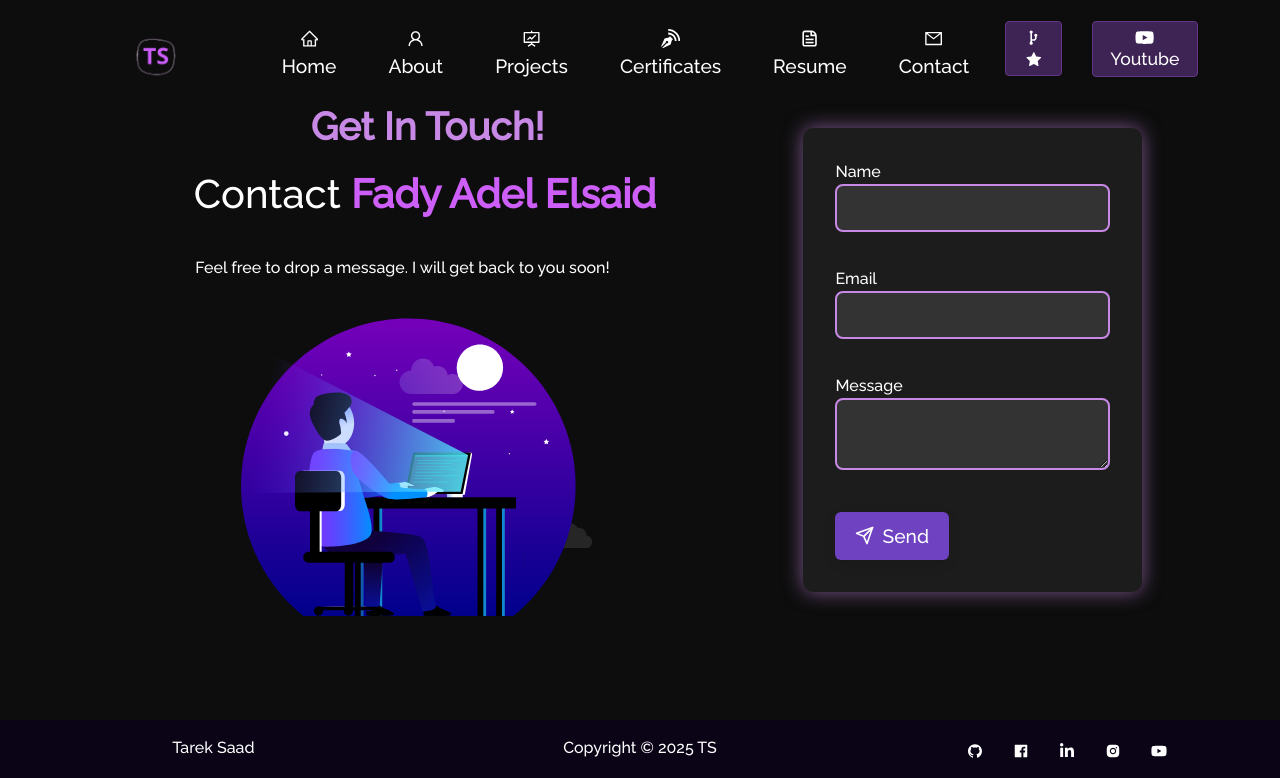
Repository: Tarek-Saad/Portfolio
Page: /contact
The author's editor kept a copy of each file at every save. The page is drawn from the files as they stood at one save, then again after the next save.
The browser window is 1280 px wide. The pictures show the whole page.
The project was rebuilt for these pictures with package versions that can differ from the ones it lists, and the page was loaded fresh each time. Also part of the build but not shown: src/components/Home/Home2.jsx, src/components/Home/Type.js, src/components/Home/Home.jsx, src/components/About/Github.jsx, src/components/About/AboutCard.jsx, src/components/About/WorkExperience.jsx, src/components/About/About.jsx, src/components/Projects/ProjectCards.jsx and 7 more. Imported but missing from the stored project, and not drawn on this page: src/Assets/FadyAdel.pdf.

Above is the page before, as saved 2025-03-27 08:50:39.

After the next save:
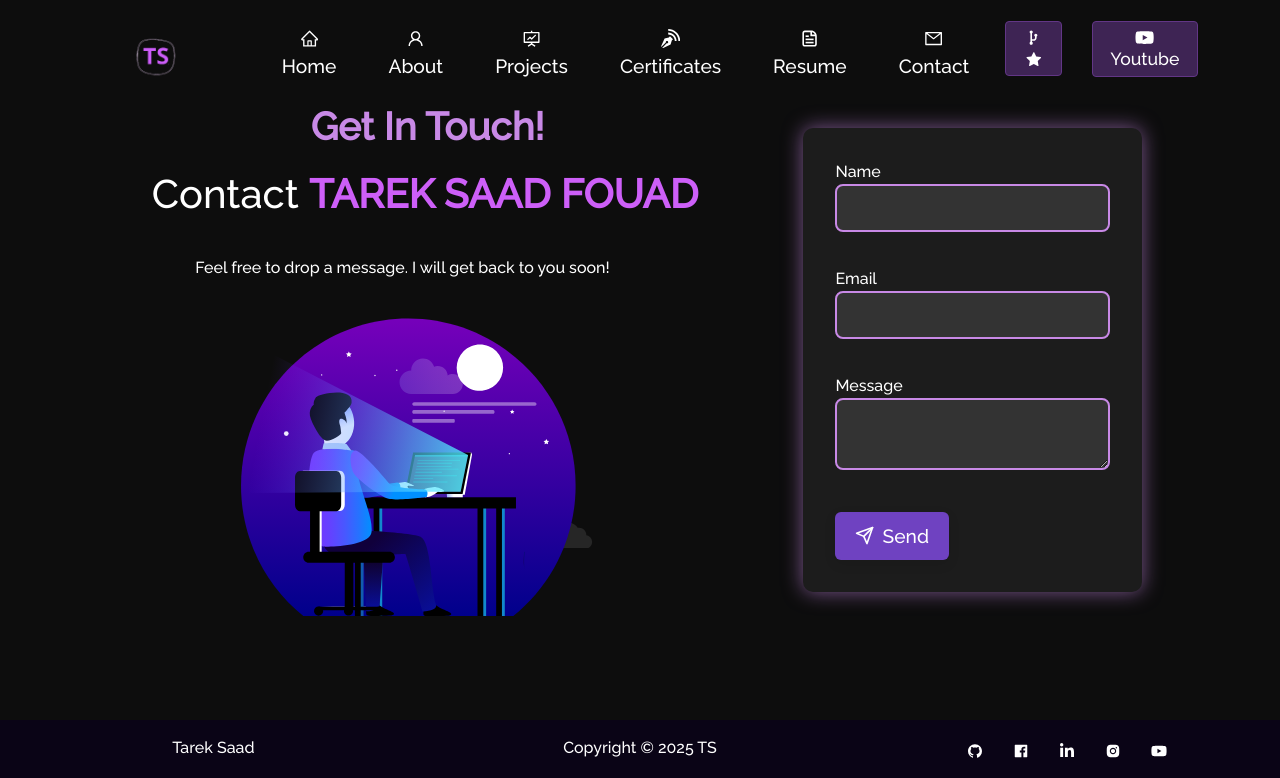
Saved 91 s later.
--- a/src/components/Contact/Contact.jsx
+++ b/src/components/Contact/Contact.jsx
@@ -63,7 +63,7 @@ const Contact = () => {
             <Col md={7} className="contact-header">
               <h1 className="heading">Get In Touch!</h1>
               <h1 className="heading-name">
-                Contact <strong className="main-name">Fady Adel Elsaid</strong>
+                Contact <strong className="main-name">TAREK SAAD FOUAD</strong>
               </h1>
               <div style={{ paddingTop: 30 }}>
                 <p>Feel free to drop a message. I will get back to you soon!</p>
